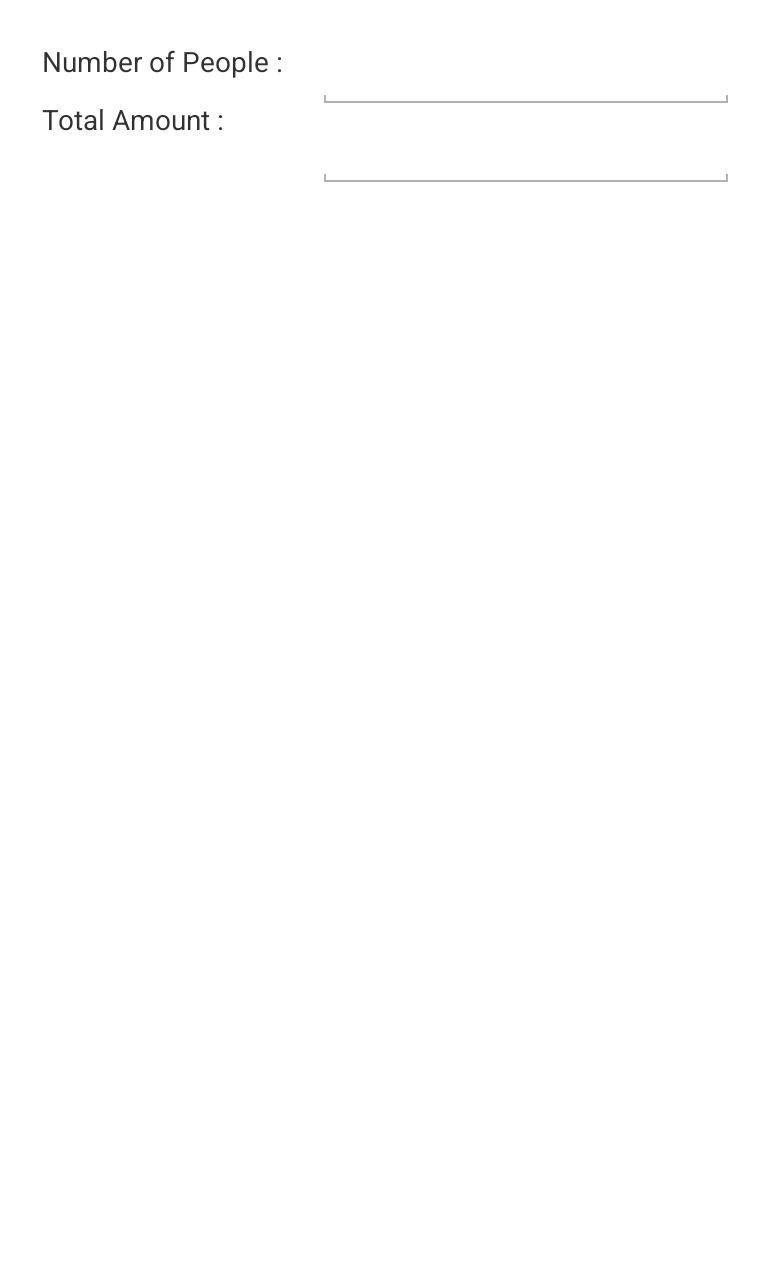
Repository: erenerdogan/ERMS
Layout: ERMSMobile/ERMS/res/layout/activity_try_recommendation.xml
An editor plug-in stored every save of this project. The layout is shown before and after the next save, followed by the edit.
It is drawn on a 768 x 1280 px phone screen (xhdpi) without system bars, with theme AppTheme; the app's code is not run.

Above is the layout before, as saved 2013-12-21 19:17:15.

After the next save:
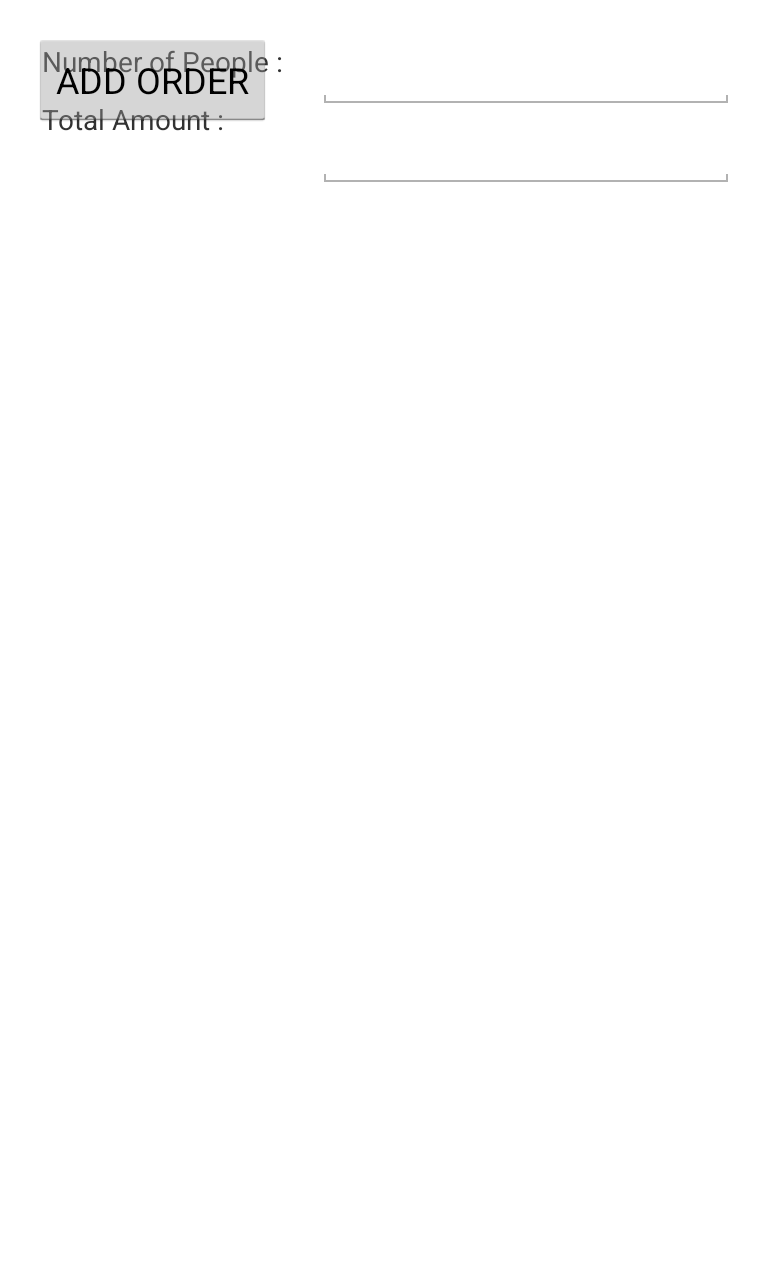
Saved 57 s later.
--- a/ERMSMobile/ERMS/res/layout/activity_try_recommendation.xml
+++ b/ERMSMobile/ERMS/res/layout/activity_try_recommendation.xml
@@ -46,4 +46,11 @@
                 android:inputType="number" >
             </EditText>
 
+            <Button
+                android:id="@+id/trybtn"
+                android:layout_width="wrap_content"
+                android:layout_height="wrap_content"
+                android:layout_below="@+id/pdetailnumberEditText"
+                android:text="ADD ORDER" />
+
 </RelativeLayout>
